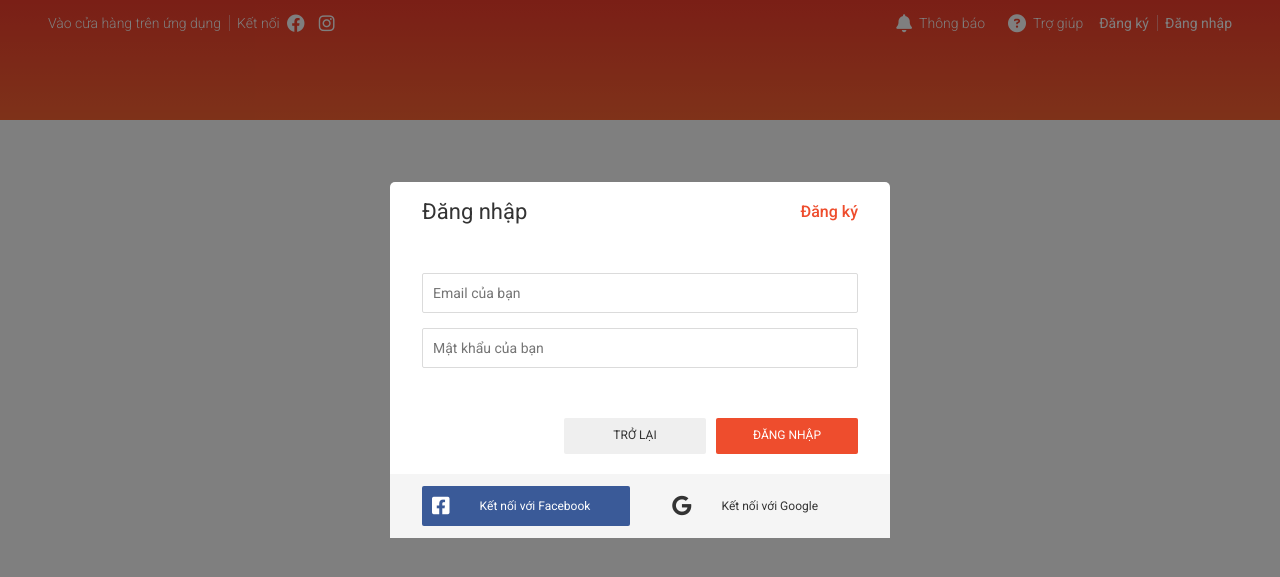
Repository: dptuyen1/F8-Tutorial
Page: index.html
The author's editor kept a copy of each file at every save. The page is drawn from the files as they stood at one save, then again after the next save.
The browser window is 1280 px wide. The pictures show the whole page.

Above is the page before, as saved 2023-05-08 18:27:06.

After the next save:
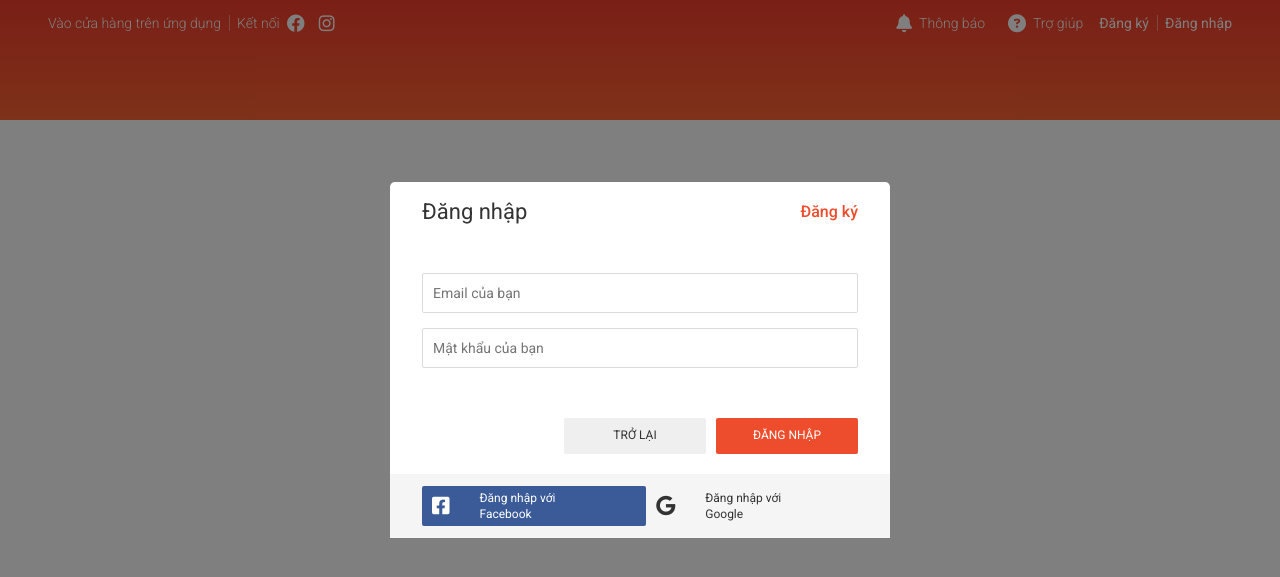
Saved 37 s later.
--- a/index.html
+++ b/index.html
@@ -274,14 +274,16 @@
               <i
                 class="auth-form_socials-icon fa-brands fa-square-facebook"
               ></i>
-              <span class="auth-form__socials-label">Kết nối với Facebook</span>
+              <span class="auth-form__socials-label"
+                >Đăng nhập với Facebook</span
+              >
             </a>
             <a
               href=""
               class="auth-form__socials--google btn btn--size-s btn--with-icon"
             >
               <i class="auth-form_socials-icon fa-brands fa-google"></i>
-              <span class="auth-form__socials-label">Kết nối với Google</span>
+              <span class="auth-form__socials-label">Đăng nhập với Google</span>
             </a>
           </div>
         </form>
